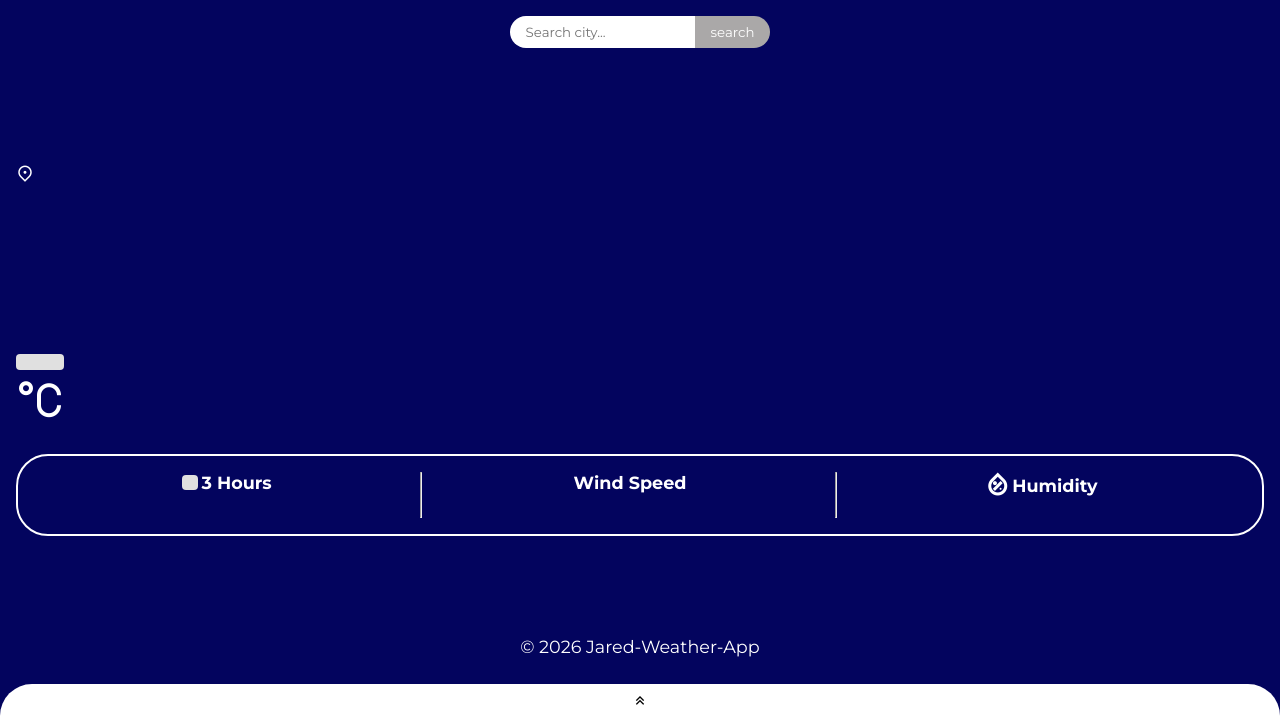
Repository: EguJaredoBoyd/Jared-Weather-App
Page: main.html
The author's editor kept a copy of each file at every save. The page is drawn from the files as they stood at one save, then again after the next save.
The browser window is 1280 px wide. The pictures show the whole page.
Some icons come from a web library that is not loaded, so they are not drawn. Some web libraries are served in a nearby version.

Above is the page before, as saved 2026-02-12 05:06:04.

### main.html
<!doctype html>
<html lang="en">
  <head>
    <meta charset="UTF-8" />
    <meta name="viewport" content="width=device-width, initial-scale=1.0" />
    <link rel="preconnect" href="https://fonts.googleapis.com" />
    <link rel="preconnect" href="https://fonts.gstatic.com" crossorigin />
    <link
      href="https://fonts.googleapis.com/css2?family=Montserrat:ital,wght@0,100..900;1,100..900&display=swap"
      rel="stylesheet"
    />
    <link
      href="https://cdn.jsdelivr.net/npm/remixicon@4.8.0/fonts/remixicon.css"
      rel="stylesheet"
    />
    <link rel="stylesheet" href="./css/styles.css" />
    <link rel="stylesheet" href="./css/skeleton-loading.css" />
    <script src="./js/main.js" defer></script>
    <script src="./js/weather.js" defer></script>
    <title>Jared-Weather-App</title>
  </head>
  <body class="weather-app">
    <div class="weather-app__container">
      <header>
        <div class="search-place">
          <input
            type="text"
            placeholder="Search city..."
            aria-label="Search city"
            id="search-input"
          />
          <button id="search-button">search</button>
        </div>
      </header>
      <main>
        <section class="current-weather">
          <div class="place-searched">
            <i class="ri-map-pin-2-line"></i>
            <div class="place-name">
              <h3 class="city-name skeleton skeleton-text"></h3>
              <h3 id="country-name" class="skeleton skeleton-text"></h3>
            </div>
          </div>
          <div class="date-today">
            <time
              datetime="2026-01-20"
              id="date-time"
              class="skeleton skeleton-text"
            ></time>
            <time
              datetime="10:45"
              id="current-time"
              class="skeleton skeleton-text"
            ></time>
          </div>
          <div class="place-temperature">
            <span
              class="place-temperature__measure skeleton skeleton-text"
              id="temp-measure"
            ></span>
            <span
              class="place-temperature__degree skeleton skeleton-text"
              id="place-degree"
              ><i class="ri-celsius-line"></i
            ></span>
          </div>
          <div class="place-forecast">
            <article class="forecast-item forecast-item--weather">
              <div>
                <img
                  src=""
                  alt=""
                  id="weather-icon"
                  class="skeleton skeleton-text"
                />
                <span>3 Hours</span>
              </div>
              <span
                id="weather-description"
                class="skeleton skeleton-text"
              ></span>
            </article>
            <hr />

            <article class="forecast-item forecast-item--wind">
              <div>
                <span><i class="ri-arrow-right-up-long-line"></i></span>
                <span>Wind Speed</span>
              </div>
              <span id="wind-speed" class="skeleton skeleton-text"></span>
            </article>
            <hr />

            <article class="forecast-item forecast-item--uv">
              <div>
                <span><i class="ri-water-percent-line"></i></span>
                <span>Humidity</span>
              </div>
              <span id="humidity" class="skeleton skeleton-text"></span>
            </article>
          </div>
        </section>
        <section class="swipe-section" aria-hidden="true" id="swipe-section">
          <!-- Slide for the hourly and daily forecast -->
          <button class="sheet-handle" id="sheet-handle" aria-expanded="false">
            <i class="ri-arrow-up-double-line" id="icon-handle"></i>
          </button>

          <div class="swipe-forecast">
            <!-- Pressure Forecast -->
            <article class="sheet-card pressure-forecast">
              <div class="weather-header">
                <span>Pressure</span>
                <span><i class="ri-sun-cloudy-line"></i></span>
              </div>
              <span id="weather-pressure" class="sheet-card__content">-</span>
            </article>

            <!-- Visibility and fog Forecast -->
            <article class="sheet-card visibility-forecast">
              <div class="weather-header">
                <span>Visibility</span>
                <span><i class="ri-foggy-fill"></i></span>
              </div>
              <span id="weather-visibility" class="sheet-card__content">-</span>
            </article>

            <!-- Maximum Temperature -->
            <article class="sheet-card maximum-temperature">
              <div class="weather-header">
                <span>Temperature Max</span>
                <span><i class="ri-sun-line"></i></span>
              </div>
              <div class="sheet-card__content">
                <span id="weather-temp-max">-</span>
                <span><i class="ri-celsius-line"></i></span>
              </div>
            </article>

            <!-- Minimum Temperature-->
            <article class="sheet-card minimum-temperature">
              <div class="weather-header">
                <span>Temperature Min</span>
                <span><i class="ri-cloudy-line"></i></span>
              </div>
              <div class="sheet-card__content">
                <span id="weather-temp-min">-</span>
                <span><i class="ri-celsius-line"></i></span>
              </div>
            </article>
          </div>
        </section>
      </main>
      <footer>
        <div><p>&copy; 2026 Jared-Weather-App</p></div>
      </footer>
    </div>
  </body>
</html>

### css/styles.css
/* ==== CSS RESET ==== */
*,
*::before,
*::after {
  margin: 0;
  padding: 0;
  box-sizing: border-box;
  /* outline: 1px solid red; */
}

:root {
  --background-color: #03045e;
  --text-color: white;
  --font: "Montserrat", sans-serif;
}

html {
  font-size: 16px;
  height: 100%;
}

body {
  background-color: var(--background-color);
  color: var(--text-color);
  height: 100%;
  font-family: var(--font);
}

p {
  font-size: clamp(0.5rem, 2.5vw, 1.1rem);
}

.weather-app__container {
  display: flex;
  flex-direction: column;
  min-height: 100dvh;
}

.search-place {
  display: flex;
  justify-content: center;
  padding: 1rem;
}

.search-place input {
  padding: 0.5rem 1rem;
  border: none;
  border-bottom-left-radius: 1rem;
  border-top-left-radius: 1rem;
  font-family: var(--font);
  outline: none;
}

.search-place button {
  border: none;
  border-top-right-radius: 1rem;
  border-bottom-right-radius: 1rem;
  padding: 0.5rem 1rem;
  font-family: var(--font);
  margin-left: -1rem;
  background: rgb(170, 168, 168);
  color: var(--text-color);
}

main {
  display: flex;
  flex-direction: column;
  padding: 1rem;
}

.current-weather {
  display: flex;
  flex-direction: column;
  justify-content: space-evenly;
  min-height: 75dvh;
}

.place-searched {
  display: flex;
  align-items: center;
  column-gap: 0.2rem;
  font-size: large;
}

.place-name {
  display: flex;
  align-items: center;
  column-gap: 0.2rem;
}

.city-name,
#country-name {
  font-size: clamp(0.5rem, 6vw, 1.5rem);
}

.date-today {
  font-size: clamp(0.5rem, 3vw, 0.8rem);
}

.place-temperature {
  display: flex;
  align-items: center;
  position: relative;
  margin-top: -1rem;
}

.place-temperature__measure {
  font-size: clamp(5rem, 38vw, 10rem);
  font-weight: 700;
  background: linear-gradient(to bottom, white, var(--background-color));
  -webkit-background-clip: text;
  background-clip: text;
  -webkit-text-fill-color: transparent;
  text-shadow: 0 2px 3px rgba(243, 235, 235, 0.3);
}

.place-temperature__degree {
  font-size: clamp(1.5rem, 20vw, 3rem);
  align-self: flex-start;
  padding-top: 1rem;
  font-size: clamp(1rem, 10vw, 3rem);
}

.place-forecast {
  display: flex;
  justify-content: space-evenly;
  border: 2px solid white;
  border-radius: 2rem;
  padding: 1rem;
}

.forecast-item div {
  display: flex;
  align-items: center;
  justify-self: start;
  column-gap: 0.2rem;
  font-size: clamp(0.5rem, 2vw, 1.1rem);
  font-weight: 700;
}

.forecast-item span {
  font-size: clamp(0.5rem, 2.5vw, 1.1rem);
}

.forecast-item div span i {
  font-size: clamp(0.25rem, 2.5vw, 1.5rem);
}

.forecast-item--weather div img {
  width: clamp(0.5rem, 2vw, 1rem);
  height: clamp(0.5rem, 2vh, 1rem);
}

/* Swipe section styles */

.swipe-section {
  position: fixed;
  min-height: 100dvh;
  top: 95%;
  right: 0;
  left: 0;
  transition: transform 2s ease;
  background-color: var(--text-color);
  color: var(--background-color);
  border-radius: 2rem;
}

.swipe-section.is-open {
  transform: translateY(-30%);
}

.no-scroll {
  overflow: hidden;
}

.swipe-section button {
  margin: 0.5rem auto;
  display: flex;
  justify-self: center;
  background: none;
  border: none;
}

.swipe-section button i {
  font-size: 1rem;
}

.swipe-forecast {
  display: grid;
  grid-template-columns: repeat(2, 1fr);
  justify-items: center;
}

.sheet-card {
  font-size: clamp(0.5rem, 2.5vw, 1.1rem);
  padding: 1rem;
  display: flex;
  flex-direction: column;
}

.sheet-card__content {
  align-self: center;
}

.weather-header {
  font-weight: 700;
  margin-bottom: 1rem;
}

footer div p {
  text-align: center;
}

### css/skeleton-loading.css
/* SKELETON LOADING STYLES */
.skeleton {
  background-image: linear-gradient(
    90deg,
    #e0e0e0 25%,
    #f5f5f5 37%,
    #e0e0e0 63%
  );
  border-radius: 4px;
  background-size: 200% 100%;
  animation: shimmer 1.4s ease infinite;
}

.skeleton-text {
  display: inline-block;
  width: auto;
  height: 1rem;
}

@keyframes shimmer {
  0% {
    background-position: 100% 0;
  }
  100% {
    background-position: -100% 0;
  }
}

### js/main.js
//Target all the buttons necessary
const swipeSection = document.getElementById("swipe-section");
const sheetHandle = document.getElementById("sheet-handle");
const iconHandle = document.getElementById("icon-handle");

//Create a function to handle swipe
function handleSwipe() {
  sheetHandle.addEventListener("click", () => {
    const isOpen = swipeSection.classList.toggle("is-open");

    //Add accessibilty and optimization
    swipeSection.setAttribute("aria-hidden", !isOpen);
    sheetHandle.setAttribute("aria-expanded", isOpen);

    //Statement to switch icons
    iconHandle.className = isOpen
      ? "ri-arrow-down-double-line"
      : "ri-arrow-up-double-line";

    //Add a class to handle the scroll
    document.body.classList.toggle("no-scroll");
  });
}

handleSwipe();

### js/weather.js
//My API key 56d08a907c0260865bb8f620502bfcbf
const WEATHER_API_KEY = "56d08a907c0260865bb8f620502bfcbf";

//Target my button and search input for city
const searchInput = document.getElementById("search-input");
const searchButton = document.getElementById("search-button");

//Target The innerHTMLs for manipulation of time elements
const cityName = document.querySelector(".city-name");
const countryName = document.getElementById("country-name");
const dateTime = document.getElementById("date-time");
const currentTime = document.getElementById("current-time");

//Target the innerHTMLs for manipulation of weather elements
const tempMeasure = document.getElementById("temp-measure");
const weatherIcon = document.getElementById("weather-icon");
const weatherDescription = document.getElementById("weather-description");
const windSpeed = document.getElementById("wind-speed");
const humidity = document.getElementById("humidity");
const weatherPressure = document.getElementById("weather-pressure");
const weatherVisibility = document.getElementById("weather-visibility");
const weatherTempMax = document.getElementById("weather-temp-max");
const weatherTempMin = document.getElementById("weather-temp-min");

//Target icons to switch class
const placeDegree = document.getElementById("place-degree");

//Create function to ask for weather app
async function fetchWeather(city) {
  try {
    const apiResponse = await fetch(
      `https://api.openweathermap.org/data/2.5/forecast?q=${city}&units=metric&appid=${WEATHER_API_KEY}`,
    );

    const apiData = await apiResponse.json();
    console.log(apiData);

    //Get the API weather city endpoints
    const countryCity = apiData.city;
    const cityDate = apiData.list[0];

    //Display the country in UI
    cityName.classList.remove("skeleton", "skeleton-text");
    cityName.textContent = `${city},`;
    countryName.classList.remove("skeleton", "skeleton-text");
    countryName.textContent = `${countryCity.country}`;

    //Get the API weather date endpoints
    const currentDateTime = cityDate.dt * 1000;
    const date = new Date(currentDateTime);
    const dateToday = date.toLocaleDateString("en-GB", {
      weekday: "short",
      month: "short",
      day: "numeric",
    });

    //Get time from new date
    function newDateTime() {
      const utcTime = Date.now();
      const timeZone = apiData.city.timezone;
      const cityTime = utcTime + timeZone * 1000;
      const cityDateTime = new Date(cityTime);

      const hours = cityDateTime.getUTCHours();
      const minutes = cityDateTime.getUTCMinutes();
      const seconds = cityDateTime.getUTCSeconds();

      //Display the date in the UI
      dateTime.classList.remove("skeleton", "skeleton-text");
      dateTime.textContent = `Today, ${dateToday},`;
      currentTime.classList.remove("skeleton", "skeleton-text");
      currentTime.textContent = `${hours}:${minutes.toString().padStart(2, "0")}:${seconds.toString().padStart(2, "0")}`;
    }

    newDateTime();

    //Function to get weather details
    function getWeatherForecast() {
      const temperature = Math.round(apiData.list[0].main.temp);
      tempMeasure.classList.remove("skeleton", "skeleton-text");
      placeDegree.classList.remove("skeleton", "skeleton-text");
      tempMeasure.textContent = `${temperature}`;

      const description = apiData.list[0].weather[0].description;
      weatherDescription.classList.remove("skeleton", "skeleton-text");
      weatherDescription.textContent = `${description}`;

      const getIcon = apiData.list[0].weather[0].icon;
      weatherIcon.classList.remove("skeleton", "skeleton-text");
      weatherIcon.src = `https://openweathermap.org/img/wn/${getIcon}@2x.png`;
      weatherIcon.alt = `${description}`;

      const getWindSpeed = apiData.list[0].wind.speed;
      const getWindSpeedKMH = Math.round(getWindSpeed * 3.6);
      windSpeed.classList.remove("skeleton", "skeleton-text");
      windSpeed.textContent = `${getWindSpeedKMH} km/h`;

      const getHumidity = apiData.list[0].main.humidity;
      humidity.classList.remove("skeleton", "skeleton-text");
      humidity.textContent = `${getHumidity} %`;

      //Swipe Section
      const pressure = apiData.list[0].main.pressure;
      weatherPressure.textContent = `${pressure} hPa`;

      const visibility = apiData.list[0].visibility / 1000;
      weatherVisibility.textContent = `${visibility} km`;

      const tempMax = Math.round(apiData.list[0].main.temp_max);
      weatherTempMax.textContent = `${tempMax}`;

      const tempMin = Math.round(apiData.list[0].main.temp_min);
      weatherTempMin.textContent = `${tempMin}`;
    }

    getWeatherForecast();

    //Update date every minute
    setInterval(() => {
      newDateTime();
    }, 1000);
  } catch (error) {
    console.error(`Fail to fetch: ${error.message}`);
    console.error(error);
  }
}

//Search for city
searchButton.addEventListener("click", () => {
  const city = searchInput.value.trim();
  if (!city) return;

  fetchWeather(city);
});

After the next save:
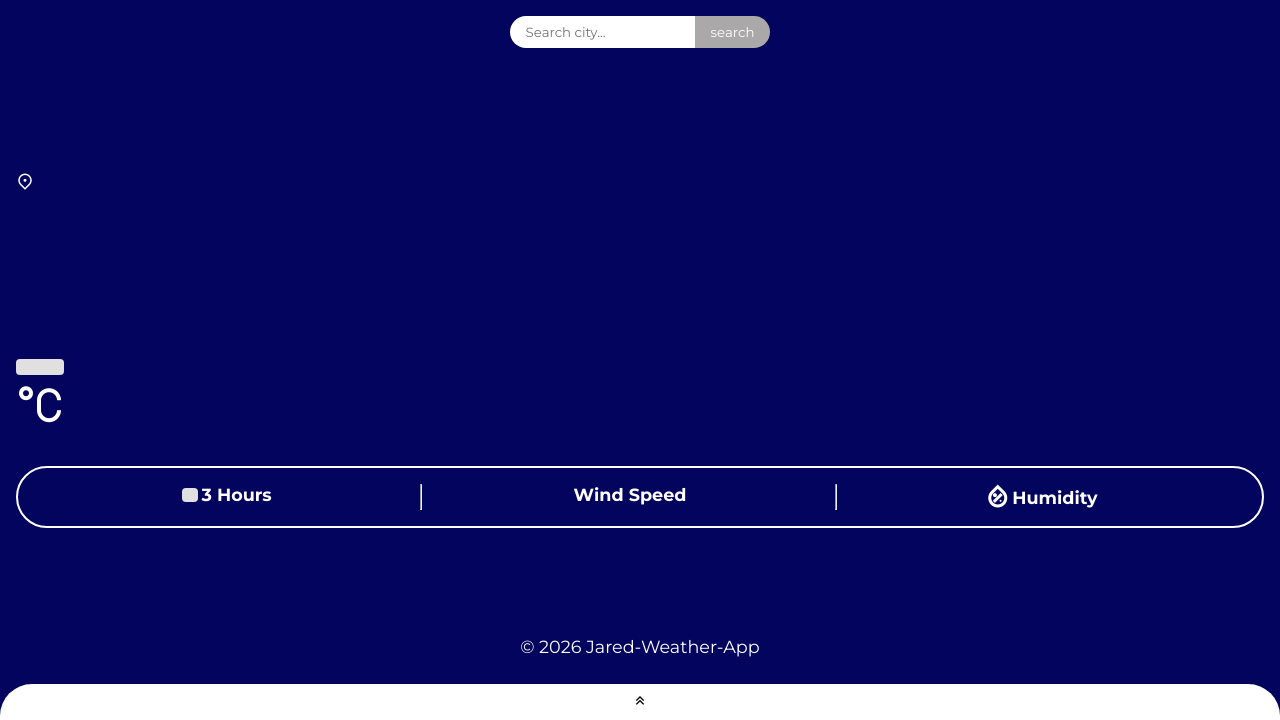
Saved 16 s later.
--- a/css/skeleton-loading.css
+++ b/css/skeleton-loading.css
@@ -12,7 +12,6 @@
 }
 
 .skeleton-text {
-  display: inline-block;
   width: auto;
   height: 1rem;
 }
